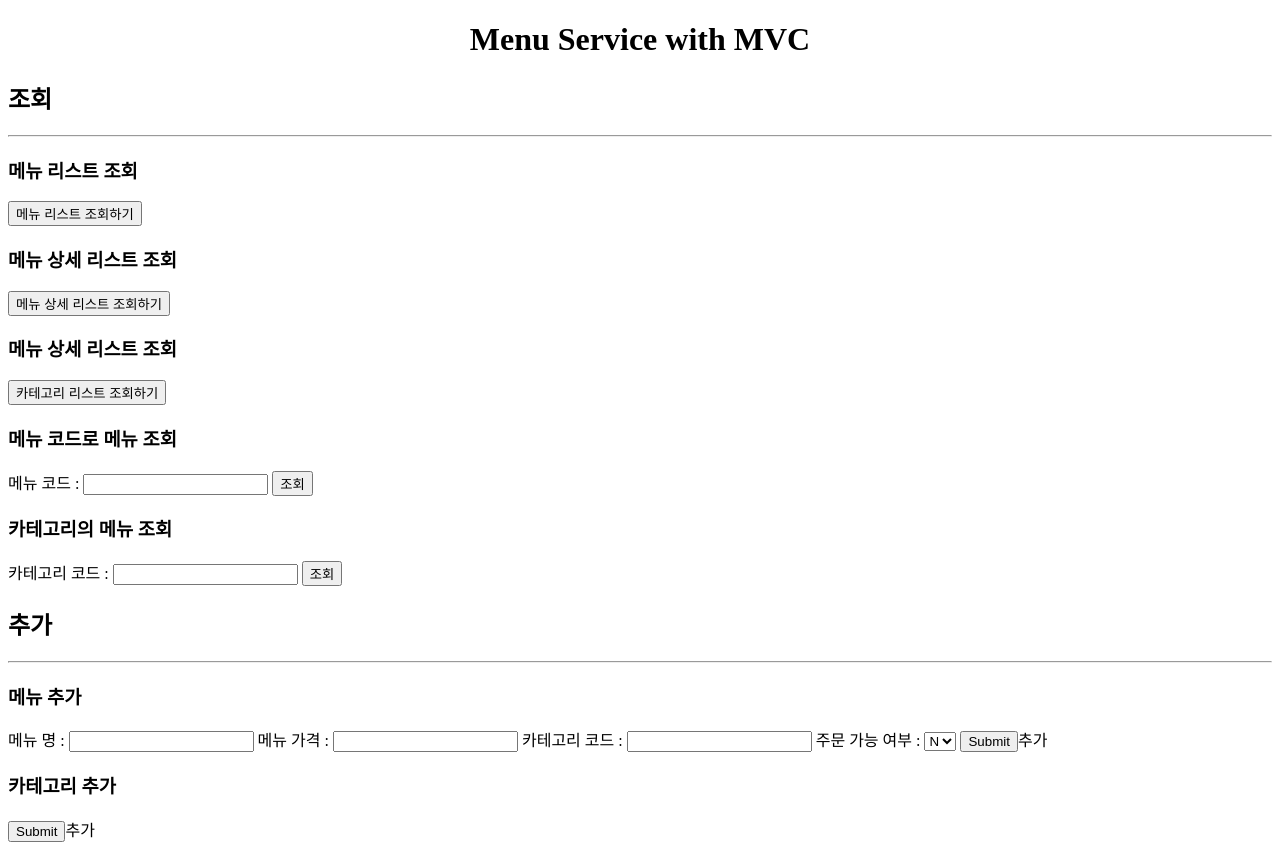
Repository: DaeyeonKim97/Menu-MVC
Page: http://localhost/menu-mvc-mybatis/
These files come from the project's save history. The page is drawn as it stood at one moment and after the next save; the edit follows.
The browser window is 1280 px wide. The pictures show the whole page.
The page is served by Tomcat 9. Nobody is signed in. The application's start-up code is not run. Other server files are loaded and not shown.

Above is the page before, as saved 2022-08-13 08:53:48.

### menu-mvc-mybatis/src/main/webapp/index.jsp
<%@ page language="java" contentType="text/html; charset=UTF-8"
    pageEncoding="UTF-8"%>
<!DOCTYPE html>
<html>
<head>
<meta charset="UTF-8">
<title>Menu MVC</title>
</head>
<body>
	<jsp:include page="./WEB-INF/views/common/header.jsp"/>
	<h2>조회</h2>
	<hr>
	<h3>메뉴 리스트 조회</h3>
	<button onclick="location.href = '${pageContext.servletContext.contextPath}/list'">
		메뉴 리스트 조회하기
	</button>
	<h3>메뉴 상세 리스트 조회</h3>
	<button onclick="location.href = '${pageContext.servletContext.contextPath}/detail-list'">
		메뉴 상세 리스트 조회하기
	</button>
	<h3>메뉴 상세 리스트 조회</h3>
	<button onclick="location.href = '${pageContext.servletContext.contextPath}/category-list'">
		카테고리 리스트 조회하기
	</button>
	<h3>메뉴 코드로 메뉴 조회</h3>
	<form action="menuCode">
		<label>메뉴 코드 :</label>
		<input type="number" name="menuCode" id="menuCode"/>
		<button type="submit">조회</button>
	</form>
	<h3>카테고리의 메뉴 조회</h3>
	<form action="categoryCode">
		<label>카테고리 코드 : </label>
		<input type="number" name="categoryCode" id="categoryCode"/>
		<button type="submit">조회</button>
	</form>
	<h2>추가</h2>
	<hr>
	<h3>메뉴 추가</h3>
	<form action="insertMenu" method="post">
	<label>메뉴 명 :</label>
	<input type="text" name="name"/>
	<label>메뉴 가격 :</label>
	<input type="number" name="price"/>
	<label>카테고리 코드 :</label>
	<input type="text" name="categoryCode"/>
	<label>주문 가능 여부 :</label>
	<select name="orderableStatus">
		<option value="Y" selected>Y</option>
		<option value="N" selected>N</option>
	</select>

	<input type="submit">추가</button>
	</form>
	<h3>카테고리 추가</h3>
	<form action="insertCategory" method="post">

	<input type="submit">추가</button>
	</form>

</body>
</html>

### menu-mvc-mybatis/src/main/webapp/WEB-INF/views/common/header.jsp
<%@ page language="java" contentType="text/html; charset=UTF-8"
    pageEncoding="UTF-8"%>
<!DOCTYPE html>
<html>
<head>
<meta charset="UTF-8">
<title>Insert title here</title>
</head>
<body>
	<h1 align="center">Menu Service with MVC</h1>
</body>
</html>

After the next save:
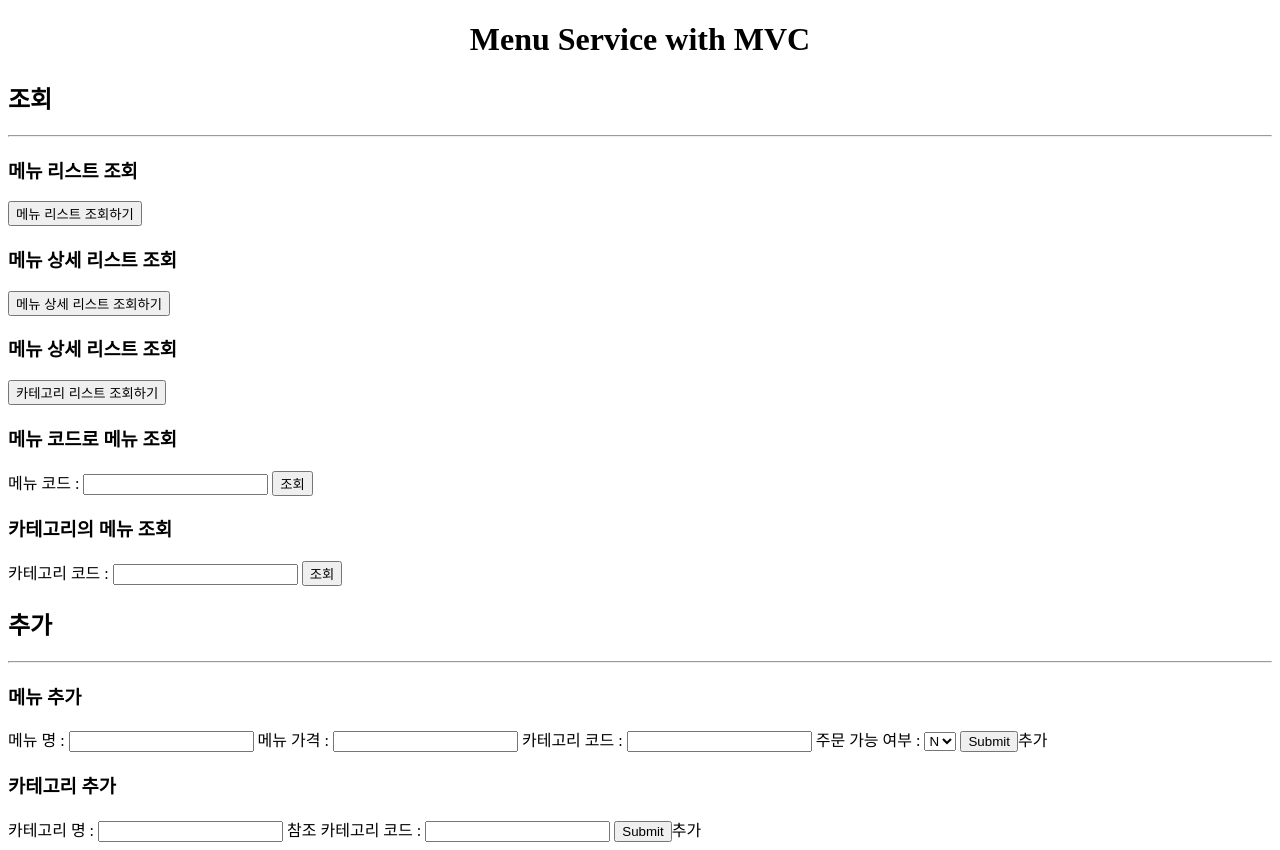
Saved 107 s later.
--- a/menu-mvc-mybatis/src/main/webapp/index.jsp
+++ b/menu-mvc-mybatis/src/main/webapp/index.jsp
@@ -38,24 +38,28 @@
 	<hr>
 	<h3>메뉴 추가</h3>
 	<form action="insertMenu" method="post">
-	<label>메뉴 명 :</label>
-	<input type="text" name="name"/>
-	<label>메뉴 가격 :</label>
-	<input type="number" name="price"/>
-	<label>카테고리 코드 :</label>
-	<input type="text" name="categoryCode"/>
-	<label>주문 가능 여부 :</label>
-	<select name="orderableStatus">
-		<option value="Y" selected>Y</option>
-		<option value="N" selected>N</option>
-	</select>
+		<label>메뉴 명 :</label>
+		<input type="text" name="name"/>
+		<label>메뉴 가격 :</label>
+		<input type="number" name="price"/>
+		<label>카테고리 코드 :</label>
+		<input type="text" name="categoryCode"/>
+		<label>주문 가능 여부 :</label>
+		<select name="orderableStatus">
+			<option value="Y" selected>Y</option>
+			<option value="N" selected>N</option>
+		</select>
 
-	<input type="submit">추가</button>
-	</form>
-	<h3>카테고리 추가</h3>
+		<input type="submit">추가</button>
+		</form>
+
+		<h3>카테고리 추가</h3>
 	<form action="insertCategory" method="post">
-
-	<input type="submit">추가</button>
+		<label>카테고리 명 :</label>
+		<input type="text" name="name"/>
+		<label>참조 카테고리 코드 :</label>
+		<input type="number" name="refCode"/>
+		<input type="submit">추가</button>
 	</form>
 
 </body>
